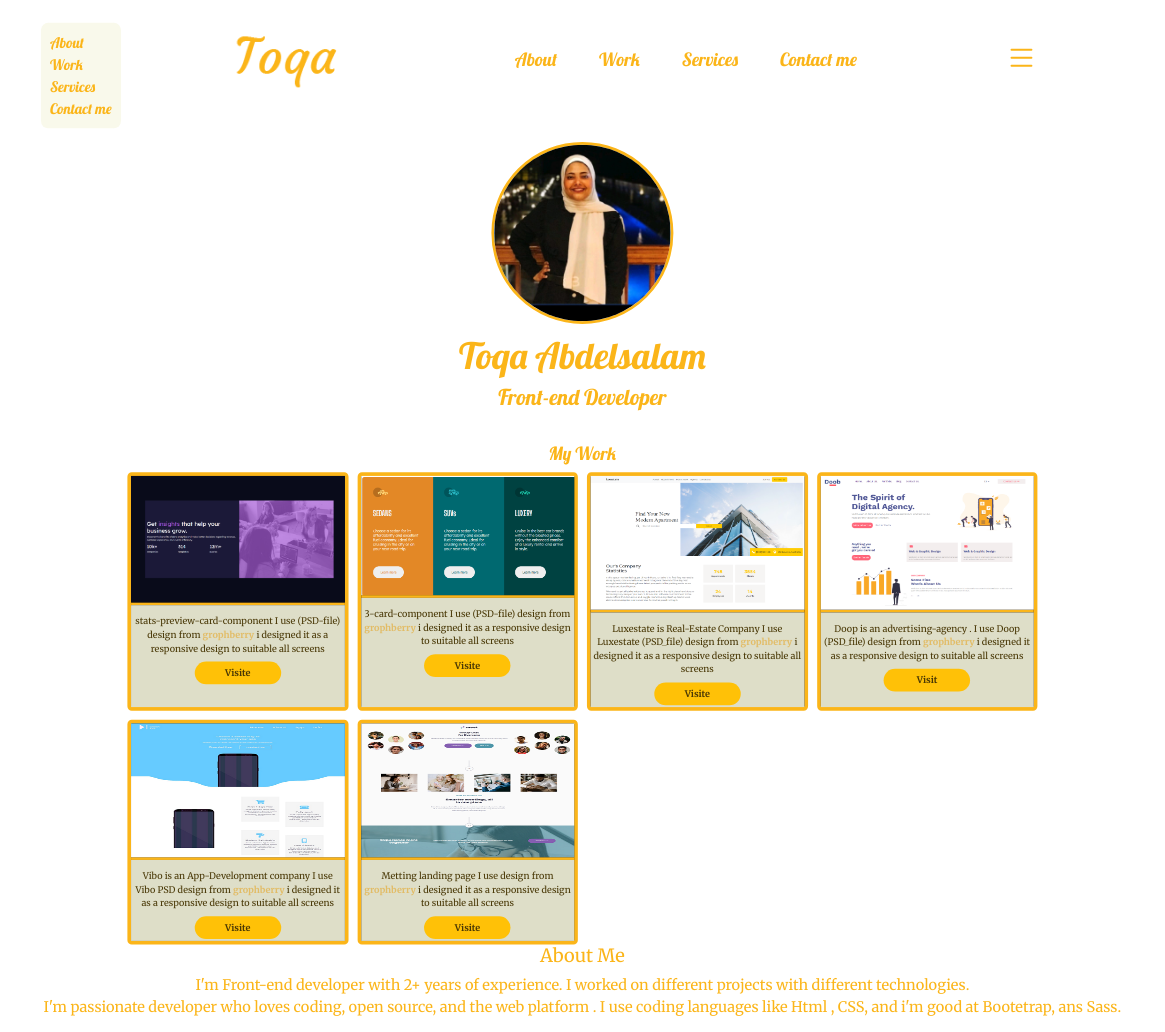
Repository: Toqa-25/portfolio
Page: index.html
These files come from the project's save history. The page is drawn as it stood at one moment and after a run of saves; the edit follows.
The browser window is 1280 px wide. The pictures show the whole page, at 91% of full size.
Some web fonts or font styles are not loaded; a fallback is used.

Above is the page before, as saved 2021-10-31 16:14:35.

After the next 3 saves:
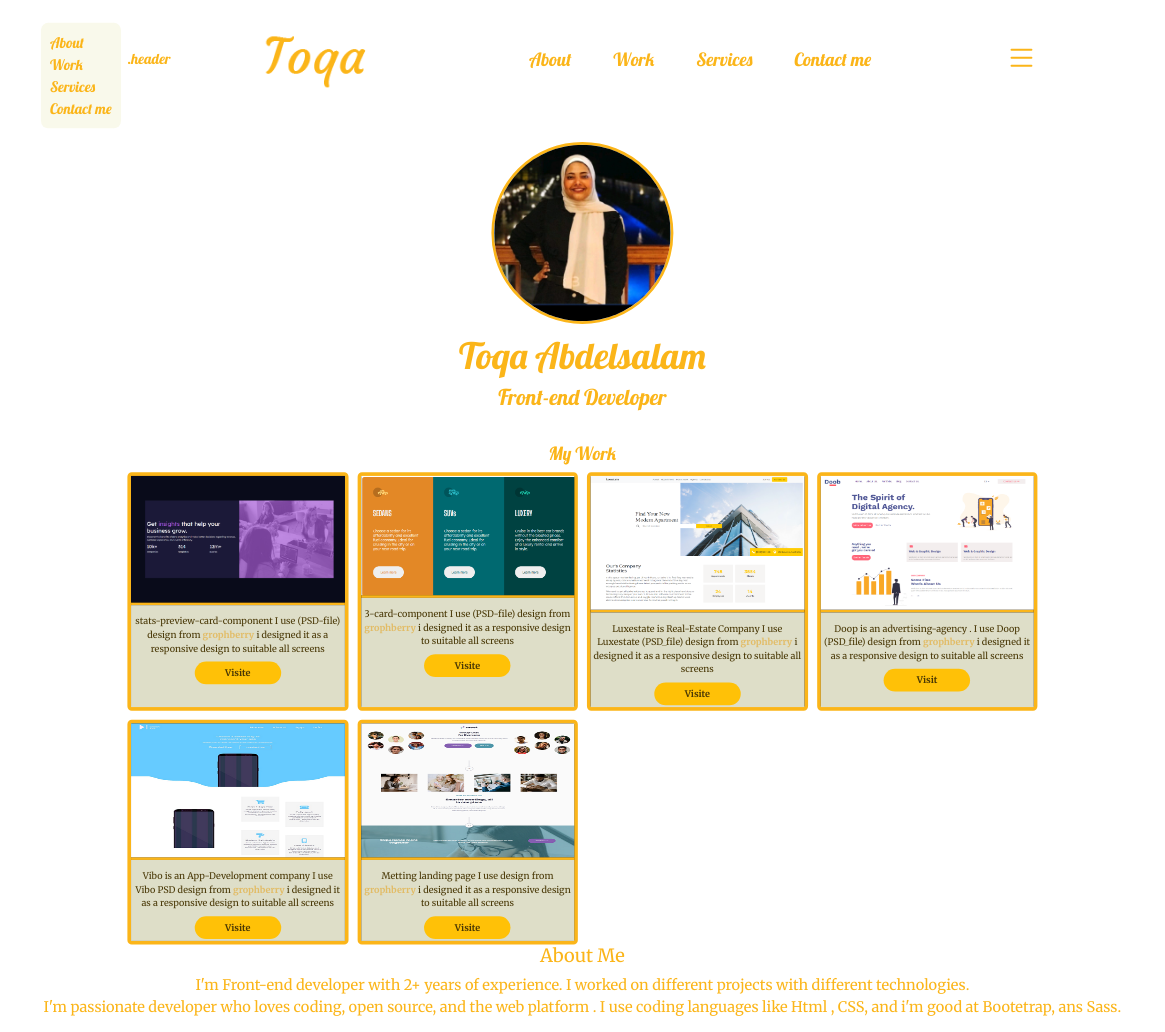
The 3 saves are shown as one change because they came seconds apart.
The last was saved 9 s later.
--- a/index.html
+++ b/index.html
@@ -26,6 +26,7 @@
     <header class="pad">
        <nav class="container">
          <div class="header-content">
+           .header
 
          </div>
            <img src="images/logo.png" alt="logo">
